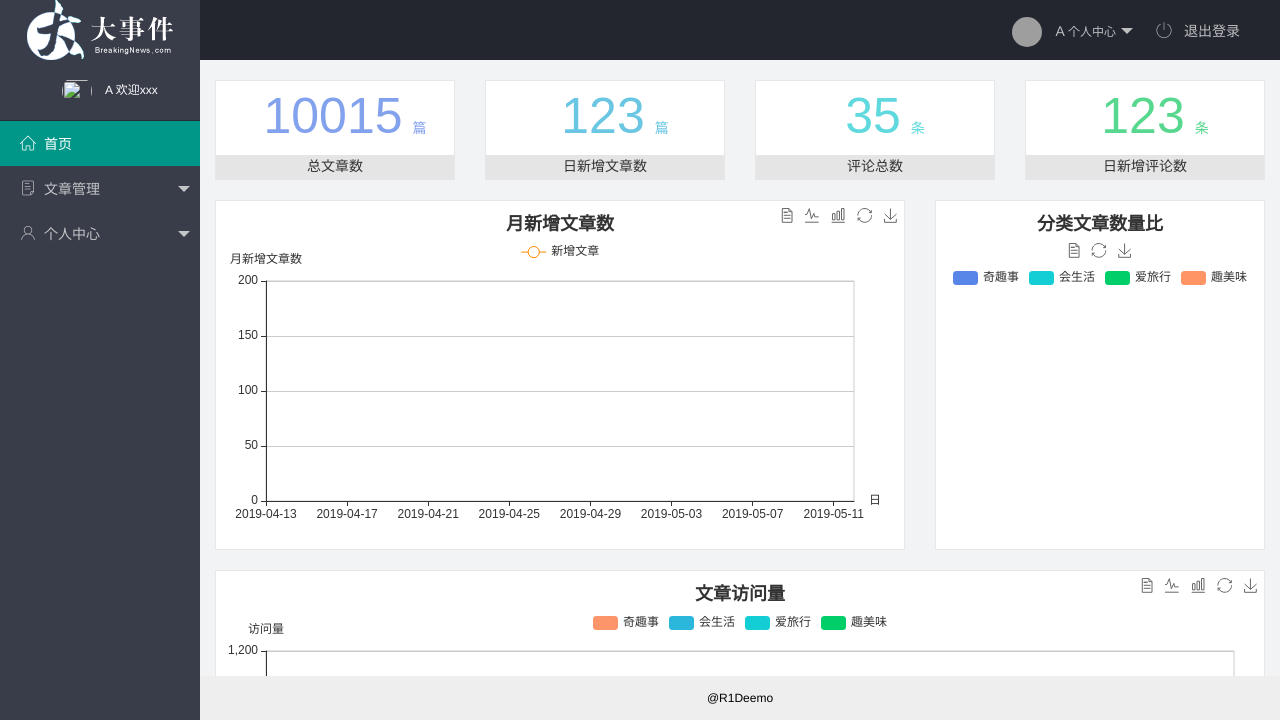
Repository: R1Deemo/Main-project
Page: index.html
An editor plug-in stored every save of this project. The page is shown before and after the next save, followed by the edit.
The browser window is 1280 px wide. The pictures show the whole page.
Pictures or frames that could not be fetched are drawn as grey boxes.

Above is the page before, as saved 2022-10-30 20:30:34.

### index.html
<!DOCTYPE html>
<html>

<head>
    <meta charset="utf-8">
    <meta name="viewport" content="width=device-width, initial-scale=1, maximum-scale=1">
    <title>layout 管理系统大布局 - Layui</title>
    <link rel="stylesheet" href="/assets/lib/layui/css/layui.css">
    <link rel="stylesheet" href="/assets/css/index.css">
    <link rel="stylesheet" href="/assets/fonts/iconfont.css">
</head>

<body>
    <div class="layui-layout layui-layout-admin">
        <div class="layui-header">
            <div class="layui-logo layui-hide-xs layui-bg-black" id="logo"></div>
            <!-- 头部区域（可配合layui 已有的水平导航） -->
            <ul class="layui-nav layui-layout-left">
                <!-- 移动端显示 -->
                <li class="layui-nav-item layui-show-xs-inline-block layui-hide-sm" lay-header-event="menuLeft">
                    <i class="layui-icon layui-icon-spread-left"></i>
                </li>


                <li class="layui-nav-item">

                    <dl class="layui-nav-child">
                        <dd><a href="">menu 11</a></dd>
                        <dd><a href="">menu 22</a></dd>
                        <dd><a href="">menu 33</a></dd>
                    </dl>
                </li>
            </ul>
            <ul class="layui-nav layui-layout-right">
                <li class="layui-nav-item layui-hide layui-show-md-inline-block">
                    <a href="javascript:;" class="userinfo">
                        <img src="//tva1.sinaimg.cn/crop.0.0.118.118.180/5db11ff4gw1e77d3nqrv8j203b03cweg.jpg" class="layui-nav-img" />
                        <span class="text-avatar">A</span> 个人中心
                    </a>
                    <dl class="layui-nav-child">
                        <dd><a href="">基本资料</a></dd>
                        <dd><a href="">更换头像</a></dd>
                        <dd><a href="">重置密码</a></dd>
                    </dl>
                </li>
                <li class="layui-nav-item" lay-header-event="menuRight" lay-unselect>
                    <a href="javascript:;">
                        <span class="iconfont icon-tuichu"></span> 退出登录</i>
                    </a>
                </li>
            </ul>
        </div>

        <div class="layui-side layui-bg-black">
            <div class="layui-side-scroll">
                <div class="userinfo">
                    <img src="" class="layui-nav-img" />
                    <span class="text-avatar">A</span>
                    <span id="welcom">欢迎xxx</span>
                </div>
                <!-- 左侧导航区域（可配合layui已有的垂直导航） -->
                <ul class="layui-nav layui-nav-tree" lay-shrink="all">
                    <li class="layui-nav-item layui-this"> <a href="/home/dashboard.html" target="fm"><span class="iconfont icon-home"></span>首页</a></li>
                    <li class="layui-nav-item">
                        <a class="" href="javascript:;" target="fm"> <span class="iconfont icon-16"></span>文章管理</a>
                        <dl class="layui-nav-child">
                            <dd><a href="javascript:;"><i class="layui-icon layui-icon-release"></i> 文章类别</a></dd>
                            <dd><a href="javascript:;"><i class="layui-icon layui-icon-release"></i> 文章列表</a></dd>
                            <dd><a href="javascript:;"><i class="layui-icon layui-icon-release"></i> 发表文章</a></dd>
                            <!-- <dd><a href="">the links</a></dd> -->
                        </dl>
                    </li>
                    <li class="layui-nav-item">
                        <a href="javascript:;" target="fm"><span class="iconfont icon-user"></span>个人中心</a>
                        <dl class="layui-nav-child">
                            <dd><a href="javascript:;"><i class="layui-icon layui-icon-app"></i> 基本资料</a></dd>
                            <dd><a href="javascript:;"><i class="layui-icon layui-icon-app"></i> 更换头像</a></dd>
                            <dd><a href="javascript:;"><i class="layui-icon layui-icon-app"></i> 重置密码</a></dd>
                        </dl>
                    </li>

                    <!-- <li class="layui-nav-item"><a href="">the links</a></li> -->
                </ul>
            </div>
        </div>

        <div class="layui-body">
            <!-- 内容主体区域 -->
            <!-- <div style="padding: 15px;">内容主体区域。记得修改 layui.css 和 js 的路径</div> -->
            <iframe src="/home/dashboard.html" frameborder="0" name="fm"></iframe>
        </div>

        <div class="layui-footer">
            <!-- 底部固定区域 -->
            @R1Deemo
        </div>
    </div>
    <script src="/assets/lib/layui/layui.all.js"></script>

</body>

</html>

### assets/css/index.css
#logo {
    background: url(/assets/images/logo.png) no-repeat center;
}

.layui-footer {
    text-align: center;
    font-size: 12px;
}

.layui-icon {
    margin-left: 20px;
    margin-right: 5px;
}

.iconfont {
    margin-right: 8px;
}

iframe {
    width: 100%;
    height: 100%;
}

.layui-body {
    overflow: hidden;
}

.userinfo {
    height: 60px;
    line-height: 60px;
    text-align: center;
    font-size: 12px;
    user-select: none;
}

.layui-side-scroll .userinfo {
    border-bottom: 1px solid #282b33;
}

### home/dashboard.html
<!DOCTYPE html>
<html lang="en">

<head>
  <meta charset="UTF-8">
  <meta name="viewport" content="width=device-width, initial-scale=1.0">
  <meta http-equiv="X-UA-Compatible" content="ie=edge">
  <title>图表统计</title>
  <link rel="stylesheet" href="../../assets/lib/bootstrap.css" />
  <link rel="stylesheet" href="../../assets/lib/main.css" />
  <script src="../../assets/lib/jquery.js"></script>
  <script type="text/javascript" src="../../assets/lib/echarts.min.js"></script>
</head>

<body>
  <div class="container-fluid">
    <div class="row spannel_list">
      <div class="col-sm-3 col-xs-6">
        <div class="spannel">
          <em>10015</em><span>篇</span>
          <b>总文章数</b>
        </div>
      </div>
      <div class="col-sm-3 col-xs-6">
        <div class="spannel scolor01">
          <em>123</em><span>篇</span>
          <b>日新增文章数</b>
        </div>
      </div>
      <div class="col-sm-3 col-xs-6">
        <div class="spannel scolor02">
          <em>35</em><span>条</span>
          <b>评论总数</b>
        </div>
      </div>
      <div class="col-sm-3 col-xs-6">
        <div class="spannel scolor03">
          <em>123</em><span>条</span>
          <b>日新增评论数</b>
        </div>
      </div>
    </div>
  </div>

  <div class="container-fluid">
    <div class="row curve-pie">
      <div class="col-lg-8 col-md-8">
        <div class="gragh_pannel" id="curve_show"></div>
      </div>
      <div class="col-lg-4 col-md-4">
        <div class="gragh_pannel" id="pie_show"></div>
      </div>
    </div>
  </div>

  <div class="container-fluid">
    <div class="column_pannel" id="column_show"></div>
  </div>

  <script>
    var oChart = echarts.init(document.getElementById('curve_show'));
    var aList_all = [
      { 'count': 36, 'date': '2019-04-13' },
      { 'count': 52, 'date': '2019-04-14' },
      { 'count': 78, 'date': '2019-04-15' },
      { 'count': 85, 'date': '2019-04-16' },
      { 'count': 65, 'date': '2019-04-17' },
      { 'count': 72, 'date': '2019-04-18' },
      { 'count': 88, 'date': '2019-04-19' },
      { 'count': 64, 'date': '2019-04-20' },
      { 'count': 72, 'date': '2019-04-21' },
      { 'count': 90, 'date': '2019-04-22' },
      { 'count': 96, 'date': '2019-04-23' },
      { 'count': 100, 'date': '2019-04-24' },
      { 'count': 102, 'date': '2019-04-25' },
      { 'count': 110, 'date': '2019-04-26' },
      { 'count': 123, 'date': '2019-04-27' },
      { 'count': 100, 'date': '2019-04-28' },
      { 'count': 132, 'date': '2019-04-29' },
      { 'count': 146, 'date': '2019-04-30' },
      { 'count': 200, 'date': '2019-05-01' },
      { 'count': 180, 'date': '2019-05-02' },
      { 'count': 163, 'date': '2019-05-03' },
      { 'count': 110, 'date': '2019-05-04' },
      { 'count': 80, 'date': '2019-05-05' },
      { 'count': 82, 'date': '2019-05-06' },
      { 'count': 70, 'date': '2019-05-07' },
      { 'count': 65, 'date': '2019-05-08' },
      { 'count': 54, 'date': '2019-05-09' },
      { 'count': 40, 'date': '2019-05-10' },
      { 'count': 45, 'date': '2019-05-11' },
      { 'count': 38, 'date': '2019-05-12' },
    ];

    let aCount = [];
    let aDate = [];

    for (var i = 0; i < aList_all.length; i++) {
      aCount.push(aList_all[i].count);
      aDate.push(aList_all[i].date);
    }

    var chartopt = {
      title: {
        text: '月新增文章数',
        left: 'center',
        top: '10'
      },
      tooltip: {
        trigger: 'axis'
      },
      legend: {
        data: ['新增文章'],
        top: '40'
      },
      toolbox: {
        show: true,
        feature: {
          mark: { show: true },
          dataView: { show: true, readOnly: false },
          magicType: { show: true, type: ['line', 'bar'] },
          restore: { show: true },
          saveAsImage: { show: true }
        }
      },
      calculable: true,
      xAxis: [
        {
          name: '日',
          type: 'category',
          boundaryGap: false,
          data: aDate
        }
      ],
      yAxis: [
        {
          name: '月新增文章数',
          type: 'value'
        }
      ],
      series: [
        {
          name: '新增文章',
          type: 'line',
          smooth: true,
          itemStyle: { normal: { areaStyle: { type: 'default' }, color: '#f80' }, lineStyle: { color: '#f80' } },
          data: aCount
        }],
      areaStyle: {
        normal: {
          color: new echarts.graphic.LinearGradient(0, 0, 0, 1, [{
            offset: 0,
            color: 'rgba(255,136,0,0.39)'
          }, {
            offset: .34,
            color: 'rgba(255,180,0,0.25)'
          }, {
            offset: 1,
            color: 'rgba(255,222,0,0.00)'
          }])

        }
      },
      grid: {
        show: true,
        x: 50,
        x2: 50,
        y: 80,
        height: 220
      }
    };

    oChart.setOption(chartopt);


    var oPie = echarts.init(document.getElementById('pie_show'));
    var oPieopt =
    {
      title: {
        top: 10,
        text: '分类文章数量比',
        x: 'center'
      },
      tooltip: {
        trigger: 'item',
        formatter: "{a} <br/>{b} : {c} ({d}%)"
      },
      color: ['#5885e8', '#13cfd5', '#00ce68', '#ff9565'],
      legend: {
        x: 'center',
        top: 65,
        data: ['奇趣事', '会生活', '爱旅行', '趣美味']
      },
      toolbox: {
        show: true,
        x: 'center',
        top: 35,
        feature: {
          mark: { show: true },
          dataView: { show: true, readOnly: false },
          magicType: {
            show: true,
            type: ['pie', 'funnel'],
            option: {
              funnel: {
                x: '25%',
                width: '50%',
                funnelAlign: 'left',
                max: 1548
              }
            }
          },
          restore: { show: true },
          saveAsImage: { show: true }
        }
      },
      calculable: true,
      series: [
        {
          name: '访问来源',
          type: 'pie',
          radius: ['45%', '60%'],
          center: ['50%', '65%'],
          data: [
            { value: 300, name: '奇趣事' },
            { value: 100, name: '会生活' },
            { value: 260, name: '爱旅行' },
            { value: 180, name: '趣美味' }
          ]
        }
      ]
    };
    oPie.setOption(oPieopt);



    var oColumn = this.echarts.init(document.getElementById('column_show'));
    var oColumnopt =
    {
      title: {
        text: '文章访问量',
        left: 'center',
        top: '10'
      },
      tooltip: {
        trigger: 'axis'
      },
      legend: {
        data: ['奇趣事', '会生活', '爱旅行', '趣美味'],
        top: '40'
      },
      toolbox: {
        show: true,
        feature: {
          mark: { show: true },
          dataView: { show: true, readOnly: false },
          magicType: { show: true, type: ['line', 'bar'] },
          restore: { show: true },
          saveAsImage: { show: true }
        }
      },
      calculable: true,
      xAxis: [
        {
          type: 'category',
          data: ['1月', '2月', '3月', '4月', '5月']
        }
      ],
      yAxis: [
        {
          name: '访问量',
          type: 'value'
        }
      ],
      series: [
        {
          name: '奇趣事',
          type: 'bar',
          barWidth: 20,
          itemStyle: {
            normal: { areaStyle: { type: 'default' }, color: '#fd956a' }
          },
          data: [800, 708, 920, 1090, 1200]
        },
        {
          name: '会生活',
          type: 'bar',
          barWidth: 20,
          itemStyle: {
            normal: { areaStyle: { type: 'default' }, color: '#2bb6db' }
          },
          data: [400, 468, 520, 690, 800]
        },
        {
          name: '爱旅行',
          type: 'bar',
          barWidth: 20,
          itemStyle: {
            normal: { areaStyle: { type: 'default' }, color: '#13cfd5' }
          },
          data: [500, 668, 520, 790, 900]
        },
        {
          name: '趣美味',
          type: 'bar',
          barWidth: 20,
          itemStyle: {
            normal: { areaStyle: { type: 'default' }, color: '#00ce68' }
          },
          data: [600, 508, 720, 890, 1000]
        }
      ],
      grid: {
        show: true,
        x: 50,
        x2: 30,
        y: 80,
        height: 260
      },
      dataZoom: [//给x轴设置滚动条
        {
          start: 0,//默认为0
          end: 100 - 1000 / 31,//默认为100
          type: 'slider',
          show: true,
          xAxisIndex: [0],
          handleSize: 0,//滑动条的 左右2个滑动条的大小
          height: 8,//组件高度
          left: 45, //左边的距离
          right: 50,//右边的距离
          bottom: 26,//右边的距离
          handleColor: '#ddd',//h滑动图标的颜色
          handleStyle: {
            borderColor: "#cacaca",
            borderWidth: "1",
            shadowBlur: 2,
            background: "#ddd",
            shadowColor: "#ddd",
          }
        }]
    };
    oColumn.setOption(oColumnopt);
  </script>
</body>

</html>

Loaded but not shown: assets/lib/layui/css/layui.css (library); assets/fonts/iconfont.css (common file); assets/lib/layui/layui.all.js (library); assets/lib/bootstrap.css (library); assets/lib/main.css (library); assets/lib/jquery.js (library); assets/lib/echarts.min.js (library); assets/lib/layui/css/modules/laydate/default/laydate.css (library); assets/lib/layui/css/modules/layer/default/layer.css (library); assets/lib/layui/css/modules/code.css (common file)

After the next save:
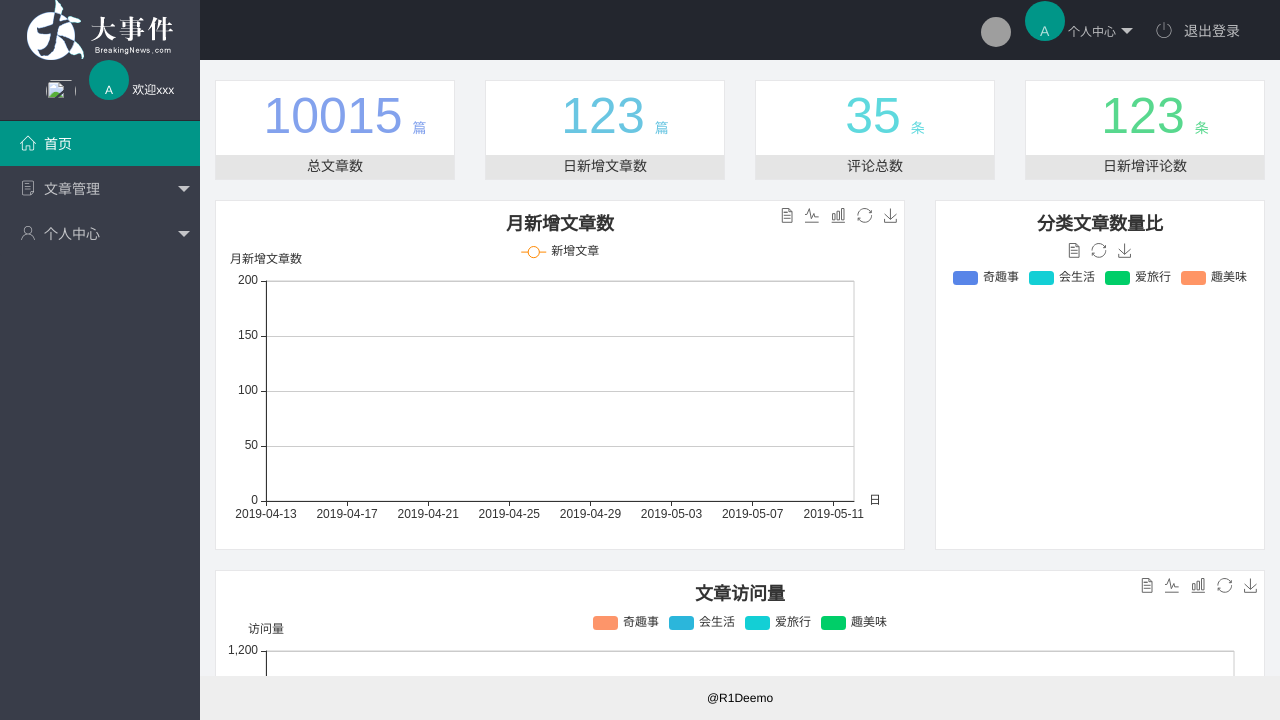
Saved 90 s later.
--- a/assets/css/index.css
+++ b/assets/css/index.css
@@ -36,3 +36,11 @@ iframe {
 .layui-side-scroll .userinfo {
     border-bottom: 1px solid #282b33;
 }
+
+.text-avatar {
+    display: inline-block;
+    width: 40px;
+    height: 40px;
+    background-color: #009688;
+    border-radius: 50%;
+}
